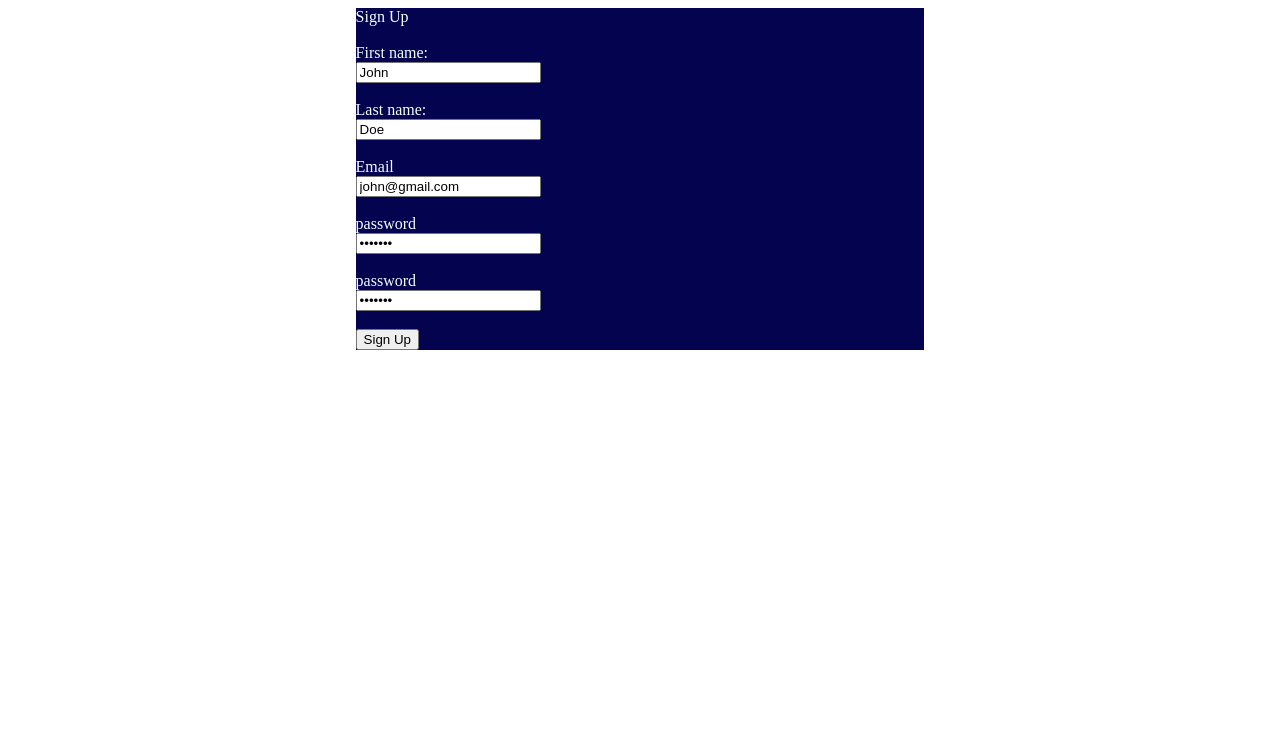
Repository: reemoon-ctrl/hotel-website
Page: mine-form_styling_start.html
An editor plug-in stored every save of this project. The page is shown before and after a run of saves, followed by the edit.
The browser window is 1280 px wide. The pictures show the whole page.

Above is the page before, as saved 2024-07-20 14:03:00.

### mine-form_styling_start.html
<!DOCTYPE html>
<html lang="en">
<head>
    <meta charset="UTF-8">
    <meta name="viewport" content="width=device-width, initial-scale=1.0">
    <title>Document</title>
<style>
    .form{
        color:azure;
    }
    .container{
        margin: auto;
        background: rgb(3, 3, 79);
        width: 45%;
    }
    body{
        min-height: 100vh;
    }
</style>
</head>

<body>
    <div class="container">
        <form class="form" action="/action_page.php">

            <caption>Sign Up</caption><br><br>
            <label for="fname">First name:</label><br>
            <input type="text" id="fname" name="fname" value="John"><br><br>
            <label for="lname">Last name:</label><br>
            <input type="text" id="lname" name="lname" value="Doe"><br><br>
            <label for="Email ">Email</label><br>
            <input type="text" id="email" name="Email" value="john@gmail.com"><br><br>
            <label for="password">password</label><br>
            <input type="password" id="password" name="password" value="fffffff"><br><br>
            <label for="password">password</label><br>
            <input type="password" id="confirm password" name="confirm password" value="fffffff"><br><br>


            <input type="submit" value="Sign Up">
      </form>
    </div>
</body>
</html>

After the next 3 saves:
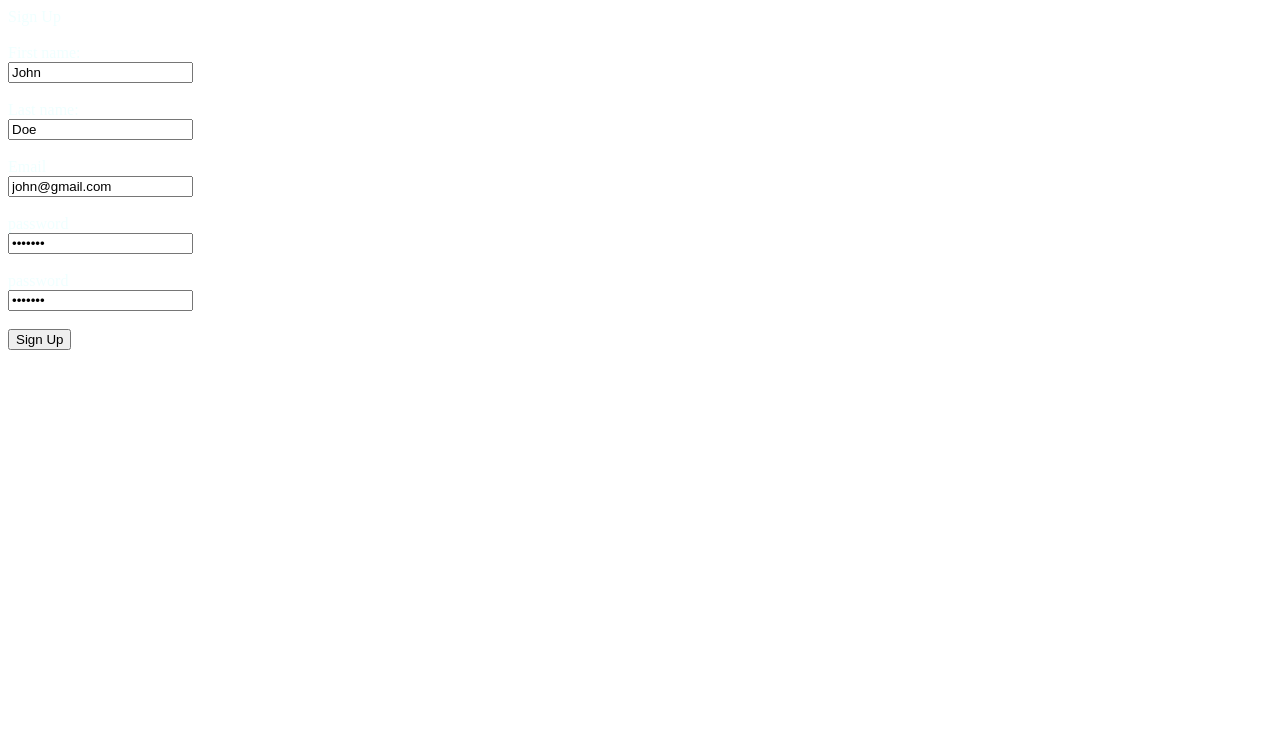
The 3 saves are shown as one change because they came seconds apart.
The last was saved 34 s later.
--- a/mine-form_styling_start.html
+++ b/mine-form_styling_start.html
@@ -20,9 +20,9 @@
 </head>
 
 <body>
-    <div class="container">
+
         <form class="form" action="/action_page.php">
-
+            <div class="container"></div>
             <caption>Sign Up</caption><br><br>
             <label for="fname">First name:</label><br>
             <input type="text" id="fname" name="fname" value="John"><br><br>
